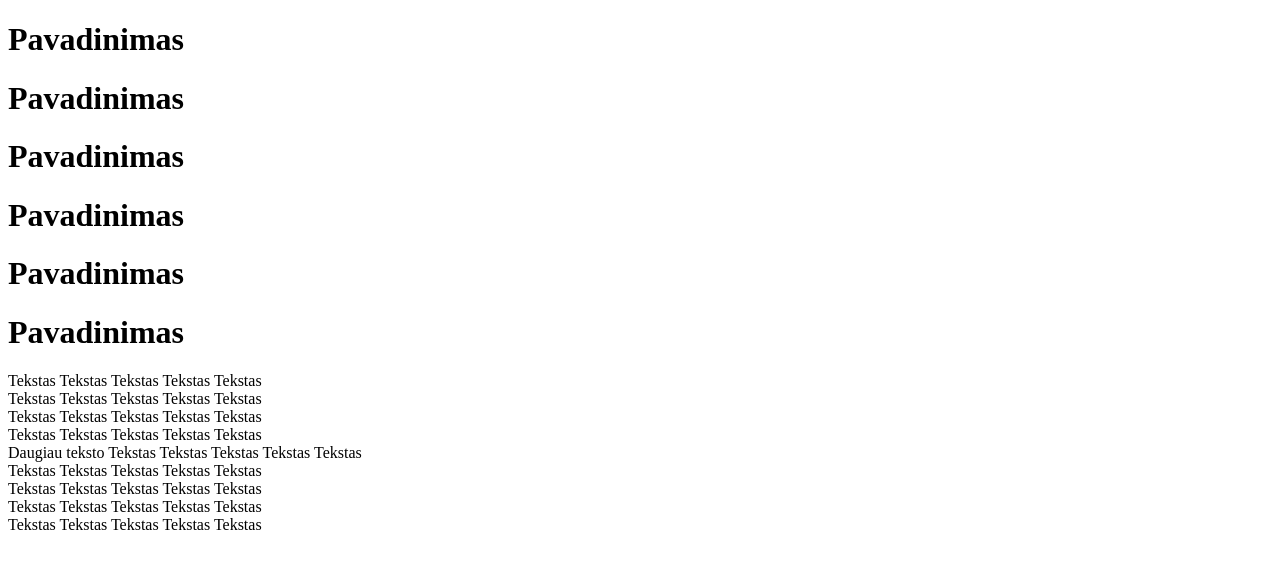
Repository: motiejus1/01-paskait
Page: pirmas.html
The author's editor kept a copy of each file at every save. The page is drawn from the files as they stood at one save, then again after the next save.
The browser window is 1280 px wide. The pictures show the whole page.

Above is the page before, as saved 2021-05-31 20:22:45.

### pirmas.html
<!DOCTYPE html>

<html lang="en">
    <head>
        <meta charset="UTF-8">
        <meta http-equiv="X-UA-Compatible" content="IE=edge">
        <meta name="viewport" content="width=device-width, initial-scale=1.0">
        <title>Pirma paskaita</title>
    </head>

    <body>

        <h1>Pavadinimas</h1>
        <h1>Pavadinimas</h1>
        <h1>Pavadinimas</h1>
        <h1>Pavadinimas</h1>
        <h1>Pavadinimas</h1>
        <h1>Pavadinimas</h1>


        Tekstas Tekstas Tekstas Tekstas Tekstas<br>
        Tekstas Tekstas Tekstas Tekstas Tekstas<br>
        Tekstas Tekstas Tekstas Tekstas Tekstas<br>
        Tekstas Tekstas Tekstas Tekstas Tekstas<br>

        Daugiau teksto


        Tekstas Tekstas Tekstas Tekstas Tekstas<br>
        Tekstas Tekstas Tekstas Tekstas Tekstas<br>
        Tekstas Tekstas Tekstas Tekstas Tekstas<br>
        Tekstas Tekstas Tekstas Tekstas Tekstas<br>

        Tekstas Tekstas Tekstas Tekstas Tekstas<br>
    </body>

</html>

After the next save:
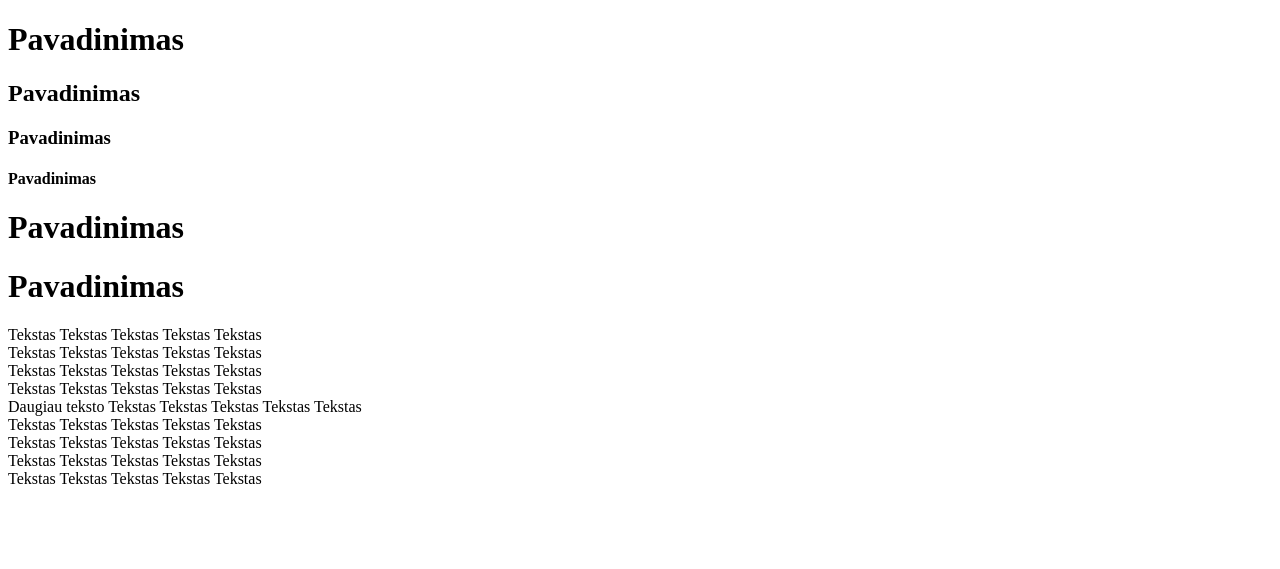
Saved 9 s later.
--- a/pirmas.html
+++ b/pirmas.html
@@ -11,9 +11,9 @@
     <body>
 
         <h1>Pavadinimas</h1>
-        <h1>Pavadinimas</h1>
-        <h1>Pavadinimas</h1>
-        <h1>Pavadinimas</h1>
+        <h2>Pavadinimas</h1>
+        <h3>Pavadinimas</h1>
+        <h4>Pavadinimas</h1>
         <h1>Pavadinimas</h1>
         <h1>Pavadinimas</h1>
 
